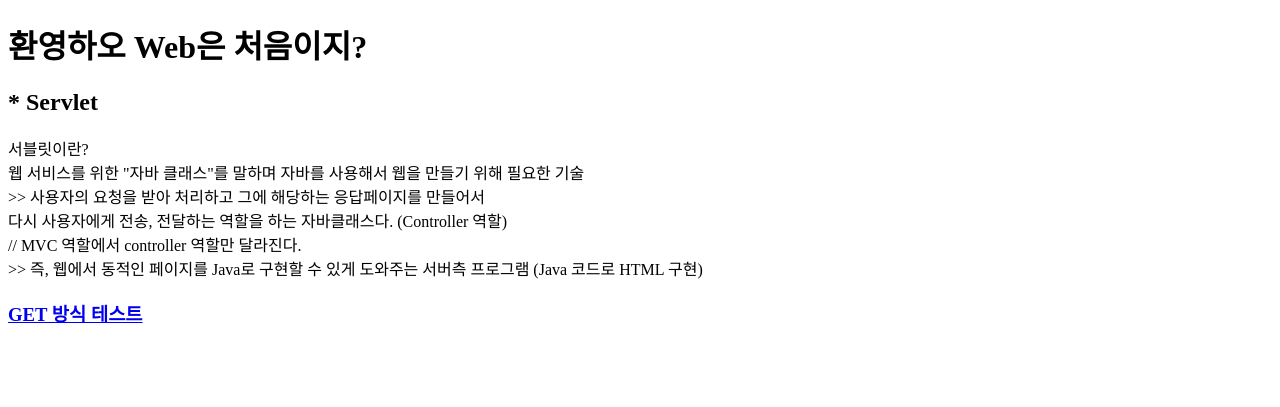
Repository: 1400CP/05_server-workspace1
Page: 1_Servlet/WebContent/index.html
The author's editor kept a copy of each file at every save. The page is drawn from the files as they stood at one save, then again after the next save.
The browser window is 1280 px wide. The pictures show the whole page.

Above is the page before, as saved 2025-02-14 03:49:51.

After the next save:
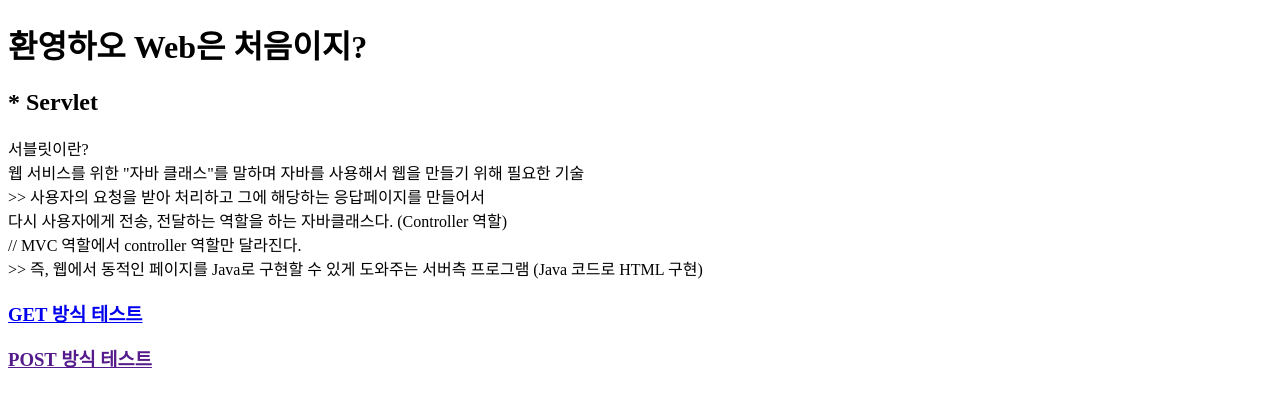
Saved 119 s later.
--- a/1_Servlet/WebContent/index.html
+++ b/1_Servlet/WebContent/index.html
@@ -20,7 +20,7 @@
 	</p>
 
 	<h3><a href="views/requestTest_GET.html">GET 방식 테스트</a></h3>
-	<h3><a href="views/requestTest_POST.html>POST 방식 테스트</a></h3>
+	<h3><a href="">POST 방식 테스트</a></h3>
 
 
 </body>
